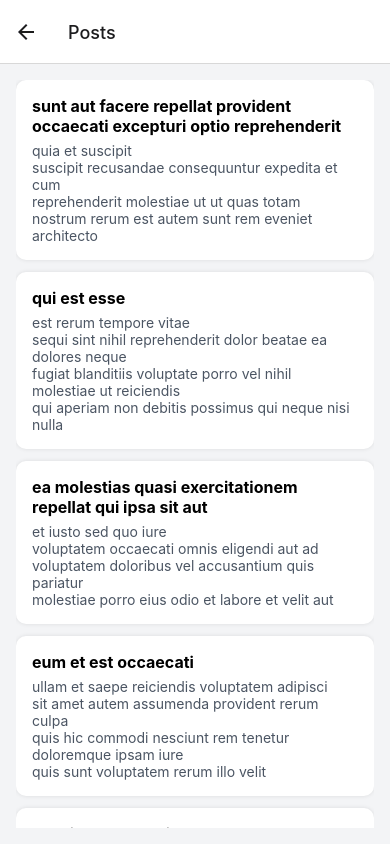
Repository: nawaz1568/Task_counter
Screen: /Posts
These files come from the project's save history. The screen is drawn as it stood at one moment and after the next save; the edit follows.
An inner scrolling area shows only its first screen. The app was drawn by React Native's web renderer in a window 390 px wide. The project was rebuilt for these pictures with package versions that can differ from the ones it lists, and the page was loaded fresh each time. Also part of the build but not shown: src/screens/PostDetailScreen.js, src/screens/CounterScreen.js. Imported but missing from the stored project, and not drawn on this page: src/screens/data/posts.jso.

Above is the screen before, as saved 2025-09-09 14:11:14.

After the next save:
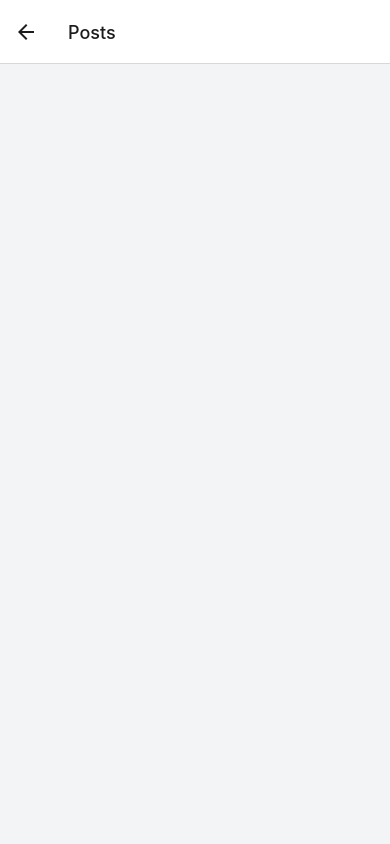
Saved 6 s later.
--- a/src/screens/PostListScreen.js
+++ b/src/screens/PostListScreen.js
@@ -1,6 +1,6 @@
 import React from 'react';
 import { View, Text, FlatList, StyleSheet } from 'react-native';
-import postsData from './data/posts.json';
+import postsData from './data/posts.jso';
 
 export default function PostsScreen() {
   return (

After the 2 saves that followed:
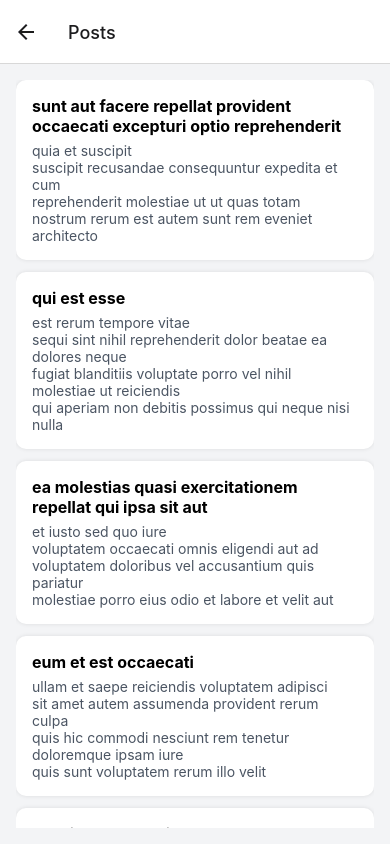
The 2 saves are shown as one change because they came seconds apart.
The last was saved 7 s later.
--- a/src/screens/PostListScreen.js
+++ b/src/screens/PostListScreen.js
@@ -1,6 +1,6 @@
 import React from 'react';
 import { View, Text, FlatList, StyleSheet } from 'react-native';
-import postsData from './data/posts.jso';
+import postsData from '../data/posts.json';
 
 export default function PostsScreen() {
   return (
